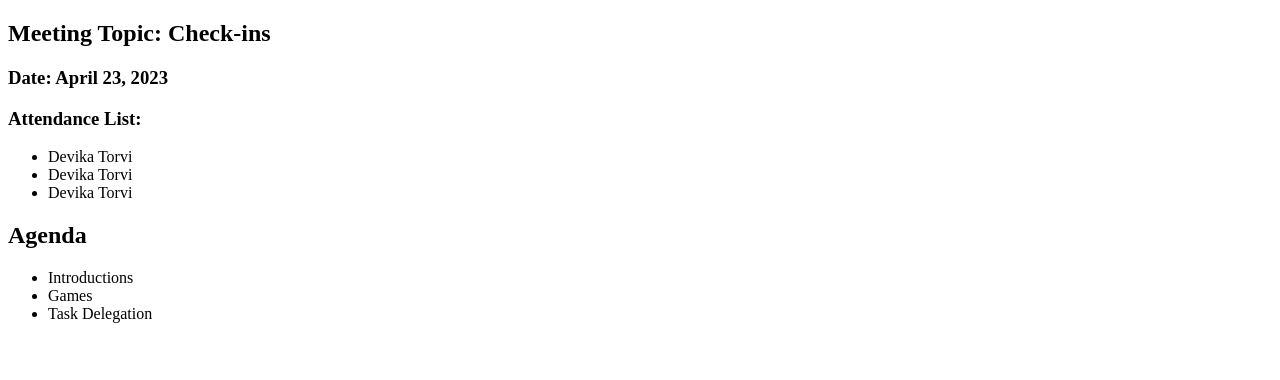
Repository: dtorvi/sp23-cse110-lab3
Page: index.html
These files come from the project's save history. The page is drawn as it stood at one moment and after the next save; the edit follows.
The browser window is 1280 px wide. The pictures show the whole page.

Above is the page before, as saved 2023-04-23 13:35:16.

After the next save:
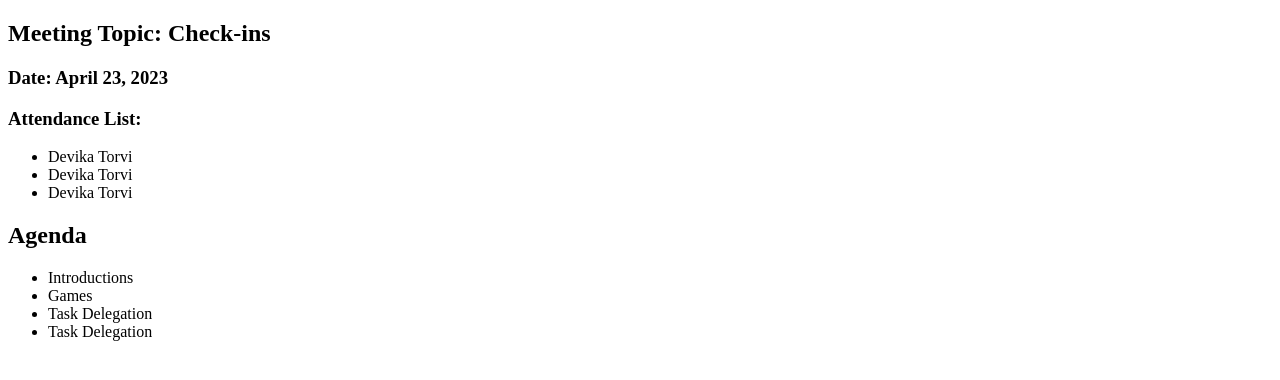
Saved 6 s later.
--- a/index.html
+++ b/index.html
@@ -18,6 +18,7 @@
             <li>Introductions</li>
             <li>Games</li>
             <li>Task Delegation</li>
+            <li>Task Delegation</li>
         </ul>
       </section>
   </body>
